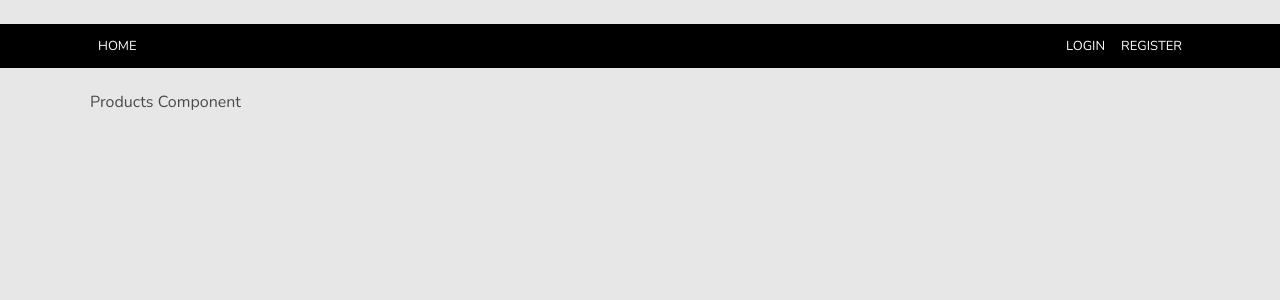
Repository: DraxZh/sneaker_shopping
Page: /
The author's editor kept a copy of each file at every save. The page is drawn from the files as they stood at one save, then again after the next save.
The browser window is 1280 px wide. The pictures show the whole page.
The project was rebuilt for these pictures with package versions that can differ from the ones it lists, and the page was loaded fresh each time.

Above is the page before, as saved 2021-11-30 17:15:52.

### public/index.html
<!DOCTYPE html>
<html lang="en">
<head>
    <meta charset="UTF-8">
    <meta http-equiv="X-UA-Compatible" content="IE=edge">
    <meta name="viewport" content="width=device-width, initial-scale=1.0">
    <title>Sneaker Shopping</title>
    <link rel="stylesheet" href="https://cdn.jsdelivr.net/npm/bulma@0.9.3/css/bulma.min.css">
</head>
<body>
    <div id="root"></div>
</body>
</html>

### src/index.js
import React from 'react';
import ReactDom from 'react-dom';
import App from 'components/App';
import 'css/app.scss';
import 'css/style.scss';

ReactDom.render(<App/>, document.getElementById('root'));

### src/components/App.js
import React from 'react';
import Header from 'components/Header';
import Products from 'components/Products';

class App extends React.Component{

    render(){
        return(
            <div className="main">
                <img src="" alt="" className="shoe" />
                <Header/>
                <Products/>
            </div>
        )
    }
}

export default App;

### src/css/app.scss
@charset 'utf-8';

@import url('https://fonts.googleapis.com/css?family=Nunito:400,700');
$purple: #5400f0;
$pink: #ff506d;
$dark: rgb(43, 43, 43);
$beige-lighter: rgb(231, 231, 231);

//update global variable
$family-sans-serif: 'Nunito', sans-serif;
$primary: $purple;
$link: $pink;
$body-background-color:$beige-lighter;

@import '../../node_modules/bulma/bulma.sass';

### src/css/style.scss
body {
  overflow: hidden;
}
// ------------ Header component --------
.header {
  background-color: rgba(0, 0, 0, 1);
  width: 100%;
  height: 44px;
  color: #fff;
  font-size: 11px;
  line-height: 44px;
  .grid {
    max-width: 1100px;
    margin: auto;
    display: flex;
    justify-content: space-between;
    align-items: center;
    & a {
      display: inline-block;
      color: #fff;
      padding: 0 8px;
      transition: all 0.2s;
      text-transform: uppercase;
      font-size: 13px;
      &:hover {
        color: #ddd;
      }
    }
    .nickname {
      padding-left: 0.4rem;
      font-size: 13px;
      cursor: pointer;
      &:hover {
        color: #ddd;
      }
      i {
        margin-right: 4px;
      }
    }
  }
}

// ------------- NotFound Component -------------

.not-found {
  display: flex;
  justify-content: center;
  align-items: center;
  height: 100vh;
  font-size: 1.6rem;
  font-weight: 900;
}
// ------------- ToolBox Component -------------
.tool-box {
  max-width: 1100px;
  margin: auto;
  border-bottom: 3px solid #333;
  padding: 2rem 0.2rem 1.5rem 0.2rem;
  display: flex;
  justify-content: space-between;
  align-items: center;
  .logo-text {
    font-size: 2rem;
    color: #333;
    font-weight: 600;
    text-transform: uppercase;
  }
  .search-box {
    .search-input {
      width: 600px;
      outline: 0;
    }
  }
  .cart-box {
    cursor: pointer;
    display: inline-block;
    color: #333;
    font-size: 1.2rem;
    .cart-num {
      margin-left: 4px;
    }
  }
}

// --------- Panel component ------------
.panel-wrapper {
  position: relative;
  z-index: 99;
  .panel {
    transition: all 0.3s ease-in-out;
    transform: translateX(25rem);
  }
  &.active {
    .over-layer {
      display: block;
    }
    .panel {
      transform: translateX(0);
    }
  }
}

.over-layer {
  display: none;
  position: fixed;
  top: 0;
  bottom: 0;
  left: 0;
  right: 0;
  background: rgba(0, 0, 0, 0.4);
  z-index: 9;
}
.panel {
  width: 25rem;
  position: fixed;
  top: 0;
  bottom: 0;
  right: 0;
  background: #fff;
  box-shadow: -3px 0 3px rgba(0, 0, 0, 0.04);
  transform: translateX(25rem);
  transition: all 0.3s ease-in-out;
  z-index: 99;
  .head {
    padding: 0.5rem;
    text-align: right;
    .close {
      font-size: 24px;
      font-weight: 600;
      color: #333;
      cursor: pointer;
      line-height: 1;
      margin-right: 4px;
    }
  }
}

// ------- products component ---------

.products {
  max-width: 1100px;
  margin: auto;
  padding: 1.4rem 0;
  .add-btn {
    position: fixed;
    right: 0;
    top: 10rem;
    z-index: 99;
  }
}

.product-fade-enter {
  opacity: 0.1;
}
.product-fade-enter-active {
  opacity: 1;
  transition: all 0.3s ease-in;
}

.product-fade-exit {
  opacity: 1;
}
.product-fade-exit-active {
  opacity: 0.1;
  transition: all 0.3s ease-in;
}

// -------- product component -------

.product {
  width: 265px;
  background: #fff;
  padding: 1.5rem;
  .p-head {
    height: 1.2rem;
    .edit-btn {
      cursor: pointer;
      color: rgb(216, 215, 215);
    }
  }
  .p-content {
    .img-wrapper {
      position: relative;
      .out-stock-text {
        position: absolute;
        top: 0;
        bottom: 0;
        right: 0;
        left: 0;
        background: rgba(255, 255, 255, 0.85);
        display: flex;
        justify-content: center;
        align-items: center;
        color: rgb(199, 84, 18);
        z-index: -1;
        font-weight: 800;
        font-size: 16px;
        text-transform: uppercase;
      }
      img {
        max-width: 100%;
        height: auto;
      }
    }
    .p-tags {
      margin-top: 0.5rem;
      color: rgb(165, 165, 165);
      font-size: 13px;
      padding: 8px 0;
      height: 2rem;
      overflow: hidden;
      text-overflow: ellipsis;
      white-space: nowrap;
    }
    .p-name {
      font-size: 14px;
      color: #333;
      font-weight: 500;
      display: -webkit-box !important;
      overflow: hidden;
      text-overflow: ellipsis;
      word-break: break-all;
      -webkit-box-orient: vertical;
      -webkit-line-clamp: 2;
      height: 2.5rem;
      &:hover {
        color: rgb(38, 99, 190);
      }
    }
  }
  .p-footer {
    display: flex;
    justify-content: space-between;
    align-items: center;
    margin-top: 8px;
    .price {
      color: #333;
      font-weight: 600;
      // &::before {
      //   content: '￥';
      //   font-size: 12px;
      // }
    }
    .add-cart {
      outline: none;
      border: none;
      padding: 0;
      background-color: #eee;
      width: 2rem;
      height: 2rem;
      border-radius: 50%;
      color: rgb(143, 140, 140);
      cursor: pointer;
      transition: all 0.2s;
      &:hover {
        background-color: #333;
        color: #fff;
      }
      &:active {
        background-color: rgb(10, 88, 133);
        color: #fff;
      }
      i {
        transform: translateX(-8%);
      }
      i:last-child {
        display: none;
      }
      &:disabled {
        cursor: not-allowed;
        background-color: #f9f9f9;
        color: rgb(199, 84, 18);
      }
      &:disabled > i:first-child {
        display: none;
      }
      &:disabled > i:last-child {
        display: inline !important;
      }
    }
  }
}
.out-stock {
  .out-stock-text {
    z-index: 1 !important;
  }
}

// ------------ cart component --------
.cart-page {
  max-width: 1100px;
  margin: auto;
  margin-top: 1rem;
  padding: 1rem;
  .cart-title {
    color: #333;
    font-weight: 500;
    font-size: 18px;
    border-bottom: 2px solid #333;
  }
  .cart-list {
    margin-top: 2rem;
    padding: 0rem 1rem;
    background: #fff;
    color: #333;
    .close {
      font-weight: 800;
      display: block;
      padding: 0 8px;
      cursor: pointer;
    }
    .cart-name {
      width: 400px;
      overflow: hidden;
      text-overflow: ellipsis;
      white-space: nowrap;
    }
    .num-input {
      border: 2px solid rgb(212, 210, 210);
      border-radius: 0;
      width: 100px;
      font-size: 14px;
    }
    .price {
      font-weight: 600;
      // &::before {
      //   content: '￥';
      //   font-size: 12px;
      //   margin-right: 2px;
      // }
    }
    .sum-price {
      font-weight: 600;
      color: rgb(214, 111, 111);
      // &::before {
      //   content: '￥';
      //   font-size: 12px;
      //   margin-right: 2px;
      // }
    }
    & td {
      vertical-align: middle;
    }
  }
  .no-cart {
    padding: 1.5rem;
    background: #fff;
    text-align: center;
    margin-top: 1.5rem;
  }
  .cart-total {
    margin-top: 1.5rem;
    text-align: right;
    color: #333;
    .total-price {
      margin-left: 8px;
      font-size: 20px;
      font-weight: 600;
      color: rgb(214, 111, 111);
      // &::before {
      //   content: '￥';
      //   font-size: 16px;
      // }
    }
  }
}
.cart-item-enter {
  opacity: 0.1;
  transition: all 0.3s ease-in;
}
.cart-item-enter.cart-item-enter-active {
  opacity: 1;
}
.cart-item-exit {
  opacity: 1;
  transition: all 0.3s ease-in;
}
.cart-item-exit.cart-item-exit-active {
  opacity: 0.1;
}

// ---------- Inventory Component --------
.inventory {
  padding: 1rem 2rem;
}

// ----------- User Profile Components -------
.user-profile {
  padding: 1rem 2rem;
}

// --------- Login Page --------------
.login-wrapper {
  display: flex;
  justify-content: center;
  align-items: center;
  height: 100vh;
  .login-box {
    width: 350px;
    padding: 1.5rem 1.5rem 2rem 1.5rem;
  }
}

// --------- response ----------------
@media screen and (max-width: 768px) {
  .product {
    width: 100%;
  }
  .panel {
    width: 100%;
  }
  .products {
    padding: 0;
  }
  .tool-box {
    padding: 1.5rem 1rem;
  }
  .tool-box > .search-box {
    display: none;
  }
  .cart-name {
    width: auto !important;
    white-space: normal !important;
  }
  .login-box {
    width: 100%;
  }
}

### src/components/Header.js
import React from 'react';

class Header extends React.Component{
    render(){
        return(
            <div className="header">
                <div className="grid">
                    <div className="start">
                        <a href="/">Home</a>
                    </div>
                    <div className="end">
                        <a href="/">Login</a>
                        <a href="/">Register</a>
                    </div>
                </div>
            </div>
        )
    }
}

export default Header;

### src/components/Products.js
import React from 'react';

class Products extends React.Component{
    render(){
        return(
            <div className="products">
                <p>Products Component</p>
            </div>
        )
    }
}

export default Products;

After the next save:
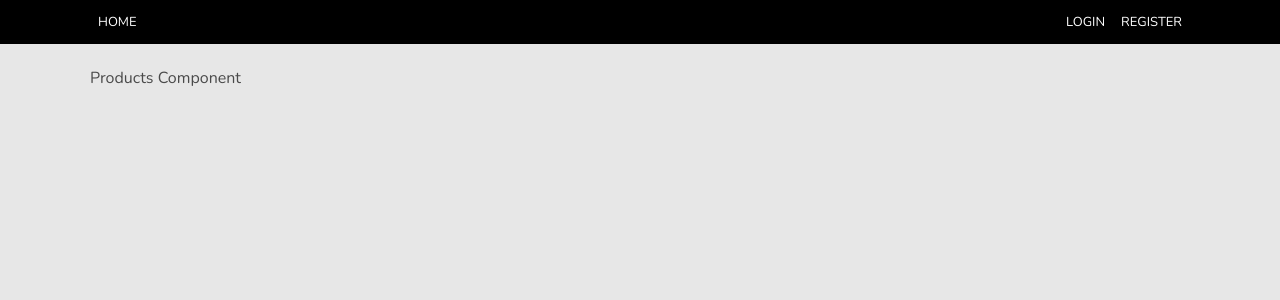
Saved 5 s later.
--- a/src/components/App.js
+++ b/src/components/App.js
@@ -7,7 +7,7 @@
     render(){
         return(
             <div className="main">
-                <img src="" alt="" className="shoe" />
+
                 <Header/>
                 <Products/>
             </div>
